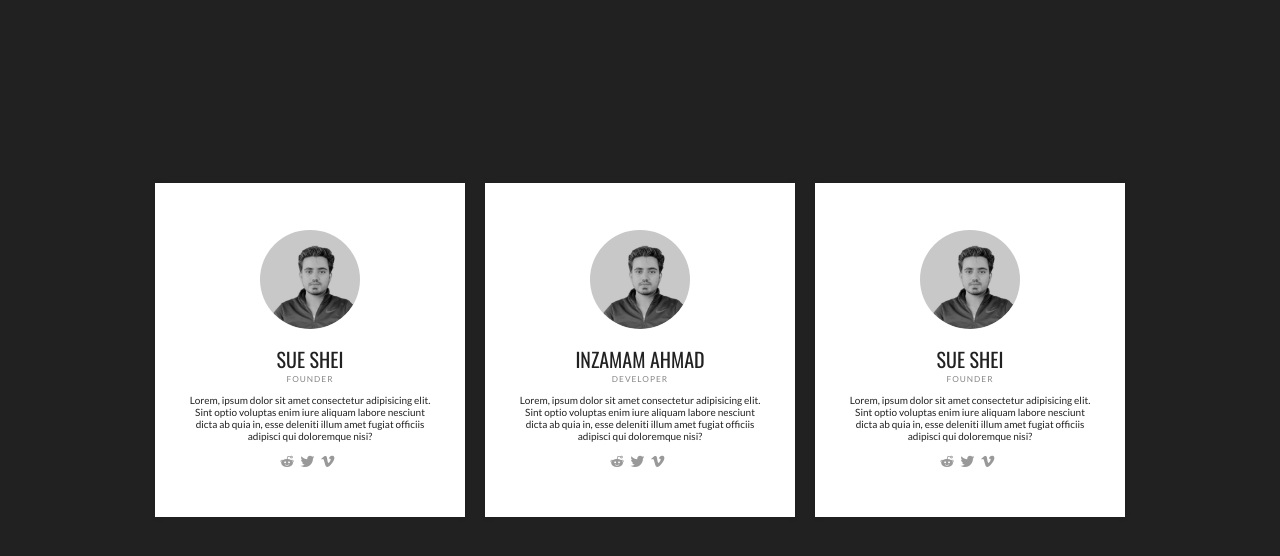
Repository: inzamamahmad3/30-Days-Of-CSS
Page: Day-1/index.html
These files come from the project's save history. The page is drawn as it stood at one moment and after the next save; the edit follows.
The browser window is 1280 px wide. The pictures show the whole page.

Above is the page before, as saved 2023-01-03 20:26:58.

After the next save:
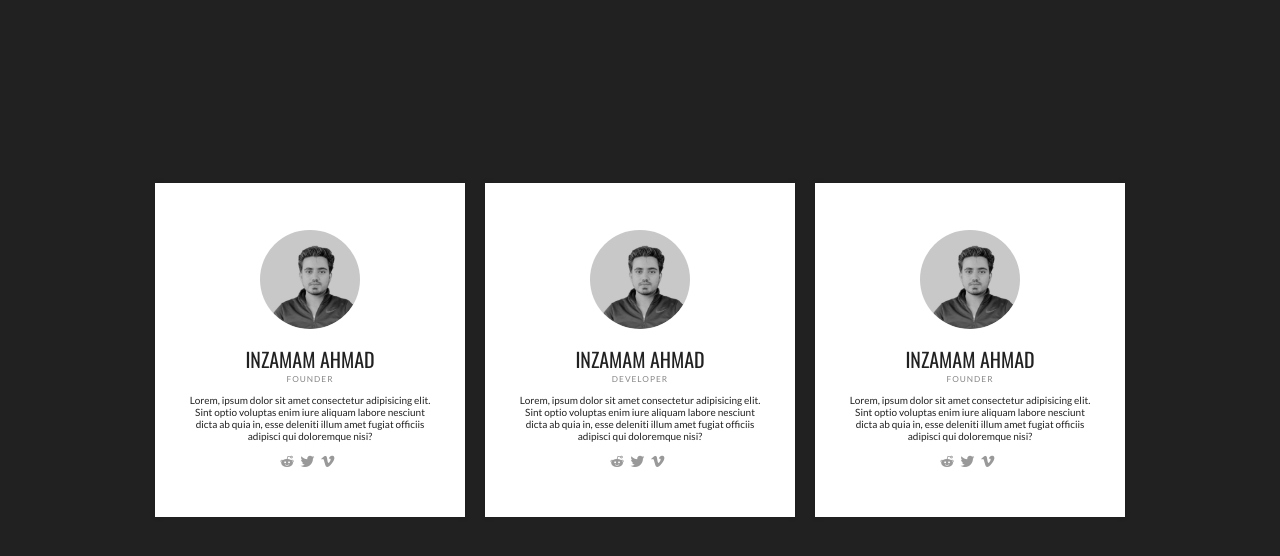
Saved 7 min 43 s later.
--- a/Day-1/index.html
+++ b/Day-1/index.html
@@ -13,7 +13,7 @@
         <img src="profile.png" alt="" />
       </div>
       <figcaption>
-        <h3>Sue Shei</h3>
+        <h3>Inzamam Ahmad</h3>
         <h5>Founder</h5>
         <p>
           Lorem, ipsum dolor sit amet consectetur adipisicing elit. Sint optio
@@ -51,7 +51,7 @@
         <img src="profile.png" alt="" />
       </div>
       <figcaption>
-        <h3>Sue Shei</h3>
+        <h3>Inzamam Ahmad</h3>
         <h5>Founder</h5>
         <p>
           Lorem, ipsum dolor sit amet consectetur adipisicing elit. Sint optio
